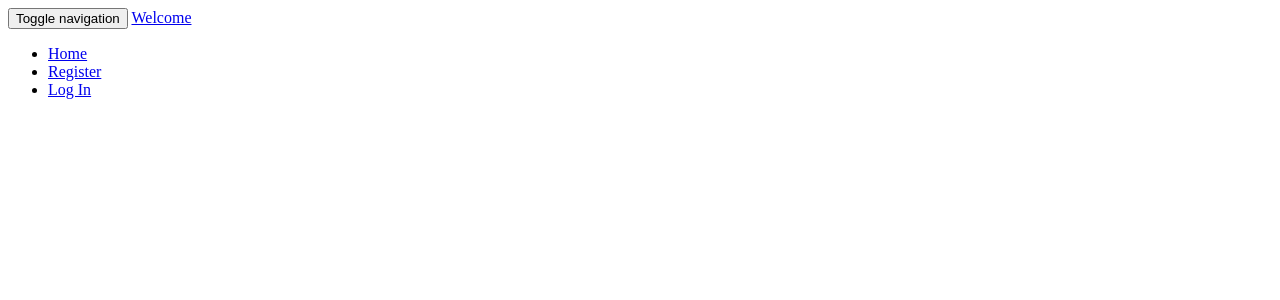
Repository: ese-unibe-ch/ese2014-team2
Page: http://localhost/Skeleton/pages/template/navbarAnonymous.jsp
The author's editor kept a copy of each file at every save. The page is drawn from the files as they stood at one save, then again after the next save.
The browser window is 1280 px wide. The pictures show the whole page.
The page is served by Tomcat 9. Nobody is signed in. The application's start-up code is not run. Other server files are loaded and not shown.

Above is the page before, as saved 2014-10-30 13:05:44.

### Skeleton/src/main/webapp/pages/template/navbarAnonymous.jsp
    <!-- Fixed navbar -->
    <nav class="navbar navbar-inverse navbar-fixed-top" role="navigation">
      <div class="container">
        <div class="navbar-header">
          <button type="button" class="navbar-toggle collapsed" data-toggle="collapse" data-target="#navbar" aria-expanded="false" aria-controls="navbar">
            <span class="sr-only">Toggle navigation</span>
            <span class="icon-bar"></span>
            <span class="icon-bar"></span>
            <span class="icon-bar"></span>
          </button>
          <a class="navbar-brand" href="#">Welcome</a>
        </div>
        <div id="navbar" class="navbar-collapse collapse">
          <ul class="nav navbar-nav">
            <li class="active"><a href="#">Home</a></li>
            <li><a href="#about">Register</a></li>
            <li><a href="#contact">Log In</a></li>
          </ul>
        </div><!--/.nav-collapse -->
      </div>
    </nav>

After the next save:
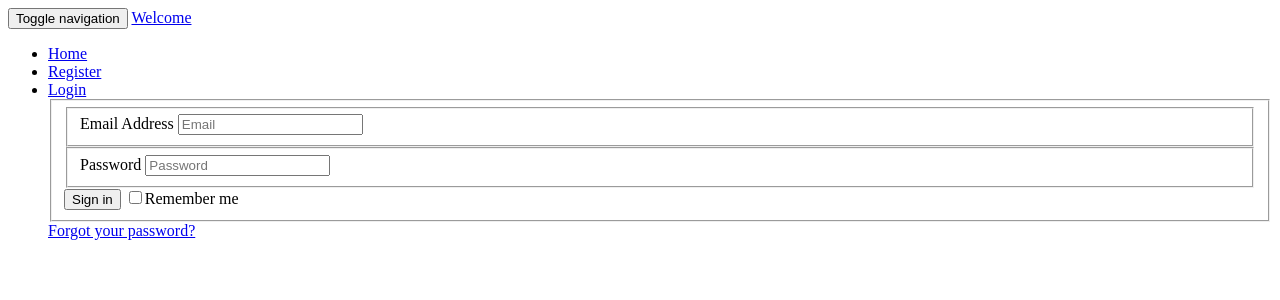
Saved 45 s later.
--- a/Skeleton/src/main/webapp/pages/template/navbarAnonymous.jsp
+++ b/Skeleton/src/main/webapp/pages/template/navbarAnonymous.jsp
@@ -14,7 +14,25 @@
           <ul class="nav navbar-nav">
             <li class="active"><a href="#">Home</a></li>
             <li><a href="#about">Register</a></li>
-            <li><a href="#contact">Log In</a></li>
+            <li><a href="#" id="loginButton"><span>Login</span><em></em></a>
+                <div style="clear:both"></div>
+                <div id="loginBox">
+                    <form id="loginForm" name="loginForm" action="<c:url value='j_spring_security_check' />" method="POST">
+                        <fieldset id="body">
+                            <fieldset>
+                                <label for="email">Email Address</label>
+                                <input type="text" name="j_username" id="email" placeholder="Email" />
+                            </fieldset>
+                            <fieldset>
+                                <label for="password">Password</label>
+                                <input type="password" name="j_password" id="password" placeholder="Password" />
+                            </fieldset>
+                            <input type="submit" id="login" value="Sign in" />
+                            <label for="checkbox"><input type="checkbox" id="checkbox" />Remember me</label>
+                        </fieldset>
+                        <span><a href="#">Forgot your password?</a></span>
+                    </form>
+                </div></li>
           </ul>
         </div><!--/.nav-collapse -->
       </div>
